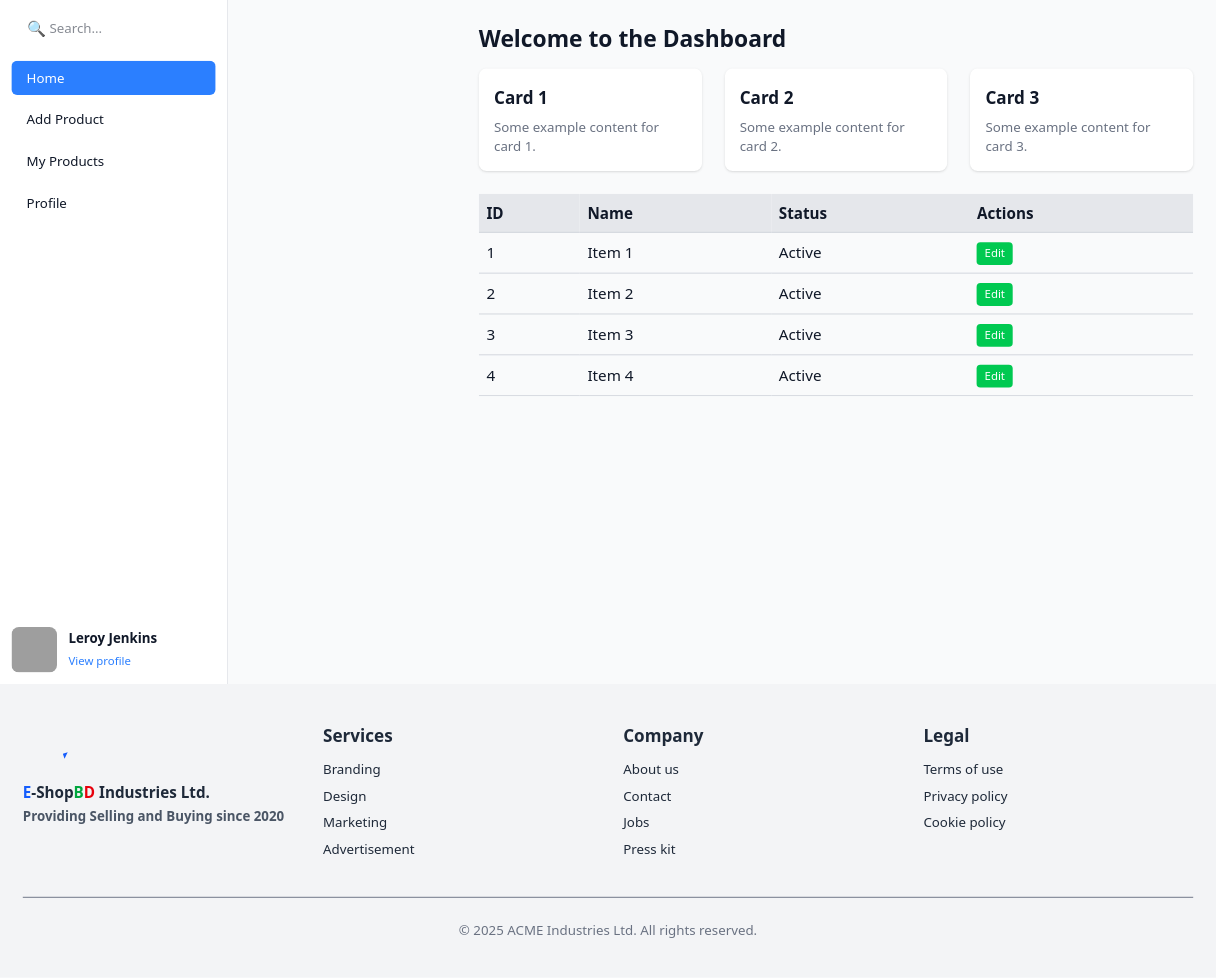
Repository: syedbayzid82849/E-shopBD
Page: /dashboard
The author's editor kept a copy of each file at every save. The page is drawn from the files as they stood at one save, then again after a run of saves.
The browser window is 1280 px wide. The pictures show the whole page, at 95% of full size.
Pictures or frames that could not be fetched are drawn as grey boxes. The project was rebuilt for these pictures with package versions that can differ from the ones it lists, and the page was loaded fresh each time. The framework's server and built-in components were replaced by stand-ins that run in the browser. Also part of the build but not shown: next.config.mjs, src/app/components/Navbar.jsx, src/app/components/NavbarWrapper.jsx.

Above is the page before, as saved 2025-08-26 16:12:16.

### src/app/layout.js
import { Geist, Geist_Mono } from "next/font/google";
import "./globals.css";
import Footer from "./components/Footer";
import NextAuthProvider from "@/Providers/NextAuthProvider";
import NavbarWrapper from "./components/NavbarWrapper";

const geistSans = Geist({
  variable: "--font-geist-sans",
  subsets: ["latin"],
});

const geistMono = Geist_Mono({
  variable: "--font-geist-mono",
  subsets: ["latin"],
});

export const metadata = {
  title: "Create Next App",
  description: "Generated by create next app",
};

export default function RootLayout({ children }) {
  return (
    <html lang="en" suppressHydrationWarning>
      <body className={`${geistSans.variable} ${geistMono.variable}`}>
        <NextAuthProvider>
          <nav>
            <NavbarWrapper></NavbarWrapper>
          </nav>
          <main>
            {children}
          </main>
          <footer>
            <Footer />
          </footer>
        </NextAuthProvider>
      </body>
    </html>
  );
}

### src/app/dashboard/page.jsx
"use client";
import { useState } from "react";
import Link from "next/link";
import { usePathname } from "next/navigation";

export default function Dashboard() {
  const [sidebarOpen, setSidebarOpen] = useState(false);
  const pathname = usePathname();

  const menuItems = [
    { name: "Home", href: "/dashboard" },
    { name: "Add Product", href: "/dashboard/add-products" },
    { name: "My Products", href: "/dashboard/my-products" },
    { name: "Profile", href: "/dashboard/profile" },
  ];

  return (
    <div className="flex h-screen bg-gray-50 dark:bg-gray-900 text-gray-900 dark:text-gray-100">
      {/* Sidebar */}
      <div
        className={`fixed inset-y-0 left-0 z-30 w-60 transform bg-white dark:bg-gray-800 border-r border-gray-200 dark:border-gray-700 transition-transform duration-300 ease-in-out
        ${sidebarOpen ? "translate-x-0" : "-translate-x-full"} md:translate-x-0 md:relative md:flex md:flex-col`}
      >
        {/* Close button on small screens */}
        <div className="flex items-center justify-between p-3 md:hidden">
          <h2 className="text-lg font-semibold">Dashboard</h2>
          <button onClick={() => setSidebarOpen(false)} className="p-2 rounded-md hover:bg-gray-200 dark:hover:bg-gray-700">
            ✕
          </button>
        </div>

        {/* Sidebar content */}
        <div className="flex flex-col h-full p-3 pt-0 md:pt-3">
          {/* Search */}
          <div className="relative mb-4">
            <span className="absolute inset-y-0 left-0 flex items-center pl-2">
              <button type="submit" className="p-2 focus:outline-none focus:ring">🔍</button>
            </span>
            <input
              type="search"
              placeholder="Search..."
              className="w-full py-2 pl-10 pr-2 text-sm rounded-md focus:outline-none focus:ring focus:ring-blue-500 dark:bg-gray-700 dark:text-gray-100"
            />
          </div>

          {/* Menu */}
          <div className="flex-1 overflow-y-auto">
            <ul className="space-y-2 text-sm">
              {menuItems.map((item) => {
                const isActive = pathname === item.href;
                return (
                  <li key={item.name}>
                    <Link
                      href={item.href}
                      className={`block w-full text-left px-4 py-2 rounded-md hover:bg-gray-100 dark:hover:bg-gray-700 ${isActive ? "bg-blue-500 text-white dark:bg-blue-600" : ""
                        }`}
                    >
                      {item.name}
                    </Link>
                  </li>
                );
              })}
            </ul>
          </div>

          {/* Profile */}
          <div className="flex items-center mt-6 space-x-3">
            <img
              src="https://source.unsplash.com/100x100/?portrait"
              alt="User"
              className="w-12 h-12 rounded-lg object-cover"
            />
            <div>
              <h2 className="text-sm font-semibold">Leroy Jenkins</h2>
              <a href="#" className="text-xs text-blue-500 hover:underline">View profile</a>
            </div>
          </div>
        </div>
      </div>

      {/* Mobile overlay */}
      {sidebarOpen && (
        <div
          className="fixed inset-0 z-20 bg-black opacity-50 md:hidden"
          onClick={() => setSidebarOpen(false)}
        ></div>
      )}

      {/* Right side */}
      <div className="flex-1 flex flex-col ml-0 md:ml-60">
        {/* Top bar for mobile */}
        <div className="flex items-center justify-between p-4 bg-white dark:bg-gray-800 border-b border-gray-200 dark:border-gray-700 md:hidden">
          <button
            className="p-2 rounded-md hover:bg-gray-200 dark:hover:bg-gray-700"
            onClick={() => setSidebarOpen(true)}
          >
            ☰
          </button>
          <h1 className="text-lg font-bold">Dashboard</h1>
        </div>

        {/* Main content */}
        <div className="flex-1 p-6 overflow-y-auto">
          <h2 className="text-2xl font-bold mb-4">Welcome to the Dashboard</h2>

          {/* Example cards */}
          <div className="grid grid-cols-1 sm:grid-cols-2 lg:grid-cols-3 gap-6 mb-6">
            {[1, 2, 3].map((card) => (
              <div key={card} className="p-4 bg-white dark:bg-gray-800 rounded-lg shadow">
                <h3 className="text-lg font-semibold mb-2">Card {card}</h3>
                <p className="text-sm text-gray-500 dark:text-gray-400">
                  Some example content for card {card}.
                </p>
              </div>
            ))}
          </div>

          {/* Example table */}
          <div className="overflow-x-auto">
            <table className="w-full text-left border-collapse">
              <thead>
                <tr className="bg-gray-200 dark:bg-gray-700">
                  <th className="p-2 border-b border-gray-300 dark:border-gray-600">ID</th>
                  <th className="p-2 border-b border-gray-300 dark:border-gray-600">Name</th>
                  <th className="p-2 border-b border-gray-300 dark:border-gray-600">Status</th>
                  <th className="p-2 border-b border-gray-300 dark:border-gray-600">Actions</th>
                </tr>
              </thead>
              <tbody>
                {[1, 2, 3, 4].map((row) => (
                  <tr key={row} className="hover:bg-gray-100 dark:hover:bg-gray-700">
                    <td className="p-2 border-b border-gray-300 dark:border-gray-600">{row}</td>
                    <td className="p-2 border-b border-gray-300 dark:border-gray-600">Item {row}</td>
                    <td className="p-2 border-b border-gray-300 dark:border-gray-600">Active</td>
                    <td className="p-2 border-b border-gray-300 dark:border-gray-600">
                      <button className="px-2 py-1 text-xs text-white bg-green-500 rounded hover:bg-green-600">
                        Edit
                      </button>
                    </td>
                  </tr>
                ))}
              </tbody>
            </table>
          </div>
        </div>
      </div>
    </div>
  );
}

### src/app/components/Footer.jsx
import React from 'react'

export default function Footer() {
    return (
        <>
            <footer className="bg-gray-100 text-gray-800 py-10 px-6">
                <div className="max-w-7xl mx-auto grid grid-cols-1 sm:grid-cols-2 md:grid-cols-4 gap-8">

                    {/* Logo & About */}
                    <div>
                        <svg
                            width="50"
                            height="50"
                            viewBox="0 0 24 24"
                            xmlns="http://www.w3.org/2000/svg"
                            className="fill-current text-blue-600 mb-3"
                        >
                            <path d="M22.672 15.226l-2.432.811.841 2.515c..."></path>
                        </svg>
                        <p className="font-semibold">
                            <span className="text-blue-600">E</span>
                            <span>-Shop</span>
                            <span className="text-green-600">B</span>
                            <span className="text-red-600">D</span> Industries Ltd. <br />
                            <span className="text-sm text-gray-600">
                                Providing Selling and Buying since 2020
                            </span>
                        </p>
                    </div>

                    {/* Services */}
                    <div>
                        <h6 className="text-lg font-bold mb-3">Services</h6>
                        <ul className="space-y-2 text-sm">
                            <li><a href="#" className="hover:text-blue-600">Branding</a></li>
                            <li><a href="#" className="hover:text-blue-600">Design</a></li>
                            <li><a href="#" className="hover:text-blue-600">Marketing</a></li>
                            <li><a href="#" className="hover:text-blue-600">Advertisement</a></li>
                        </ul>
                    </div>

                    {/* Company */}
                    <div>
                        <h6 className="text-lg font-bold mb-3">Company</h6>
                        <ul className="space-y-2 text-sm">
                            <li><a href="#" className="hover:text-blue-600">About us</a></li>
                            <li><a href="#" className="hover:text-blue-600">Contact</a></li>
                            <li><a href="#" className="hover:text-blue-600">Jobs</a></li>
                            <li><a href="#" className="hover:text-blue-600">Press kit</a></li>
                        </ul>
                    </div>

                    {/* Legal */}
                    <div>
                        <h6 className="text-lg font-bold mb-3">Legal</h6>
                        <ul className="space-y-2 text-sm">
                            <li><a href="#" className="hover:text-blue-600">Terms of use</a></li>
                            <li><a href="#" className="hover:text-blue-600">Privacy policy</a></li>
                            <li><a href="#" className="hover:text-blue-600">Cookie policy</a></li>
                        </ul>
                    </div>
                </div>

                {/* Bottom section */}
                <div className="mt-10 border-t pt-6 text-center text-sm text-gray-500">
                    © {new Date().getFullYear()} ACME Industries Ltd. All rights reserved.
                </div>
            </footer></>
    )
}

### src/Providers/NextAuthProvider.jsx
"use client";
import { SessionProvider } from "next-auth/react";

export default function NextAuthProvider({ children }) {
    return <SessionProvider>{children}</SessionProvider>;
}

Loaded but not shown: src/app/globals.css (common file)

After the next 5 saves:
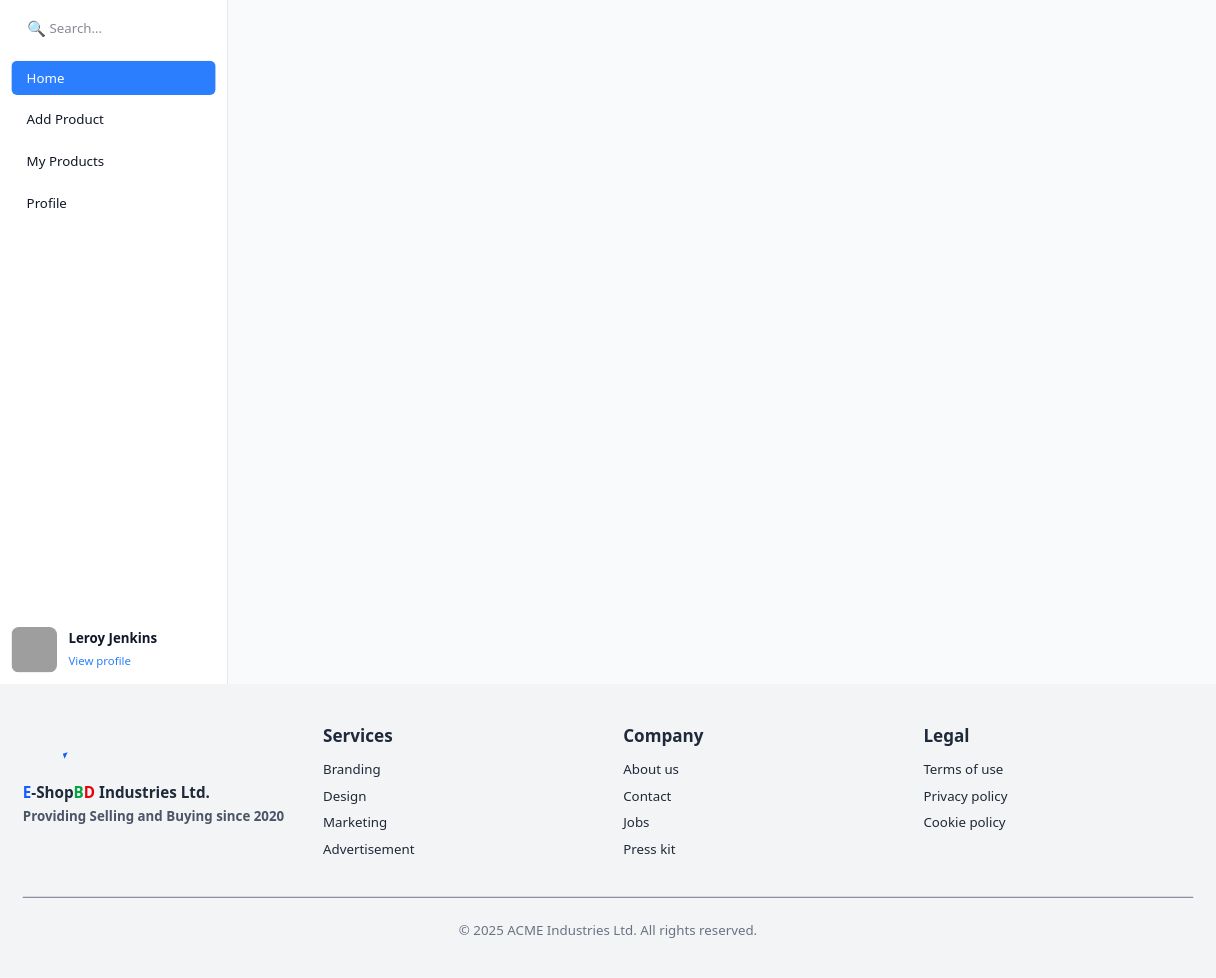
The 5 saves are shown as one change because they came seconds apart.
The last was saved 102 s later.
--- a/src/app/dashboard/page.jsx
+++ b/src/app/dashboard/page.jsx
@@ -100,49 +100,7 @@ export default function Dashboard() {
         </div>
 
         {/* Main content */}
-        <div className="flex-1 p-6 overflow-y-auto">
-          <h2 className="text-2xl font-bold mb-4">Welcome to the Dashboard</h2>
-
-          {/* Example cards */}
-          <div className="grid grid-cols-1 sm:grid-cols-2 lg:grid-cols-3 gap-6 mb-6">
-            {[1, 2, 3].map((card) => (
-              <div key={card} className="p-4 bg-white dark:bg-gray-800 rounded-lg shadow">
-                <h3 className="text-lg font-semibold mb-2">Card {card}</h3>
-                <p className="text-sm text-gray-500 dark:text-gray-400">
-                  Some example content for card {card}.
-                </p>
-              </div>
-            ))}
-          </div>
-
-          {/* Example table */}
-          <div className="overflow-x-auto">
-            <table className="w-full text-left border-collapse">
-              <thead>
-                <tr className="bg-gray-200 dark:bg-gray-700">
-                  <th className="p-2 border-b border-gray-300 dark:border-gray-600">ID</th>
-                  <th className="p-2 border-b border-gray-300 dark:border-gray-600">Name</th>
-                  <th className="p-2 border-b border-gray-300 dark:border-gray-600">Status</th>
-                  <th className="p-2 border-b border-gray-300 dark:border-gray-600">Actions</th>
-                </tr>
-              </thead>
-              <tbody>
-                {[1, 2, 3, 4].map((row) => (
-                  <tr key={row} className="hover:bg-gray-100 dark:hover:bg-gray-700">
-                    <td className="p-2 border-b border-gray-300 dark:border-gray-600">{row}</td>
-                    <td className="p-2 border-b border-gray-300 dark:border-gray-600">Item {row}</td>
-                    <td className="p-2 border-b border-gray-300 dark:border-gray-600">Active</td>
-                    <td className="p-2 border-b border-gray-300 dark:border-gray-600">
-                      <button className="px-2 py-1 text-xs text-white bg-green-500 rounded hover:bg-green-600">
-                        Edit
-                      </button>
-                    </td>
-                  </tr>
-                ))}
-              </tbody>
-            </table>
-          </div>
-        </div>
+        {}
       </div>
     </div>
   );
